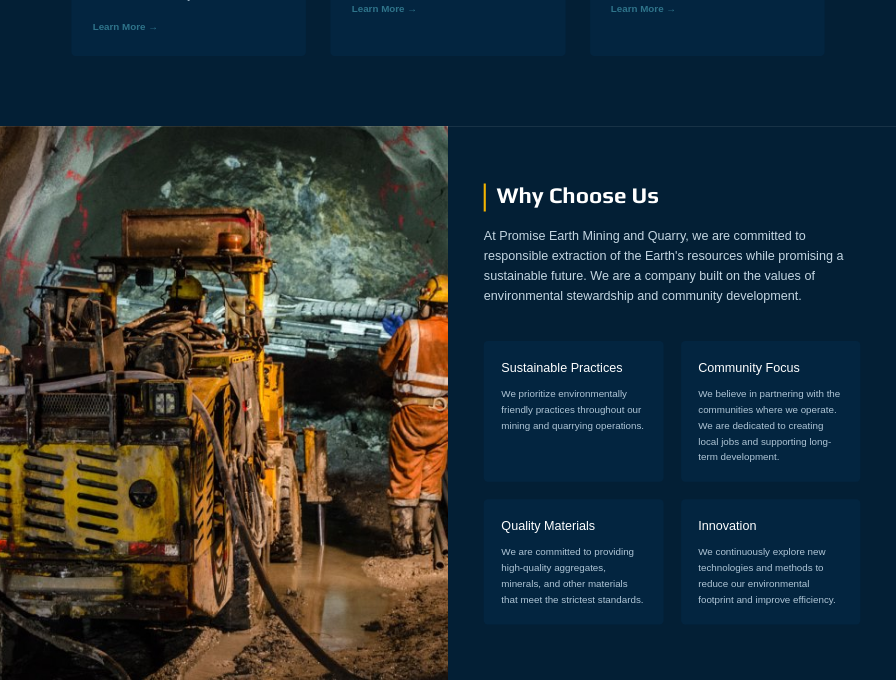
Repository: KC-Minchakpu/promise-earth
Page: /
An editor plug-in stored every save of this project. The page is shown before and after the next save, followed by the edit.
The browser window is 1280 px wide. The pictures show the part of the page from y = 2403 to 4323 px (the page is 3375 px tall before and 4323 px after), at 70% of full size.
Pictures or frames that could not be fetched are drawn as grey boxes. The project was rebuilt for these pictures with package versions that can differ from the ones it lists, and the page was loaded fresh each time. The framework's server and built-in components were replaced by stand-ins that run in the browser. Also part of the build but not shown: next.config.ts.

Above is the page before, as saved 2026-02-26 16:56:22.

After the next save:
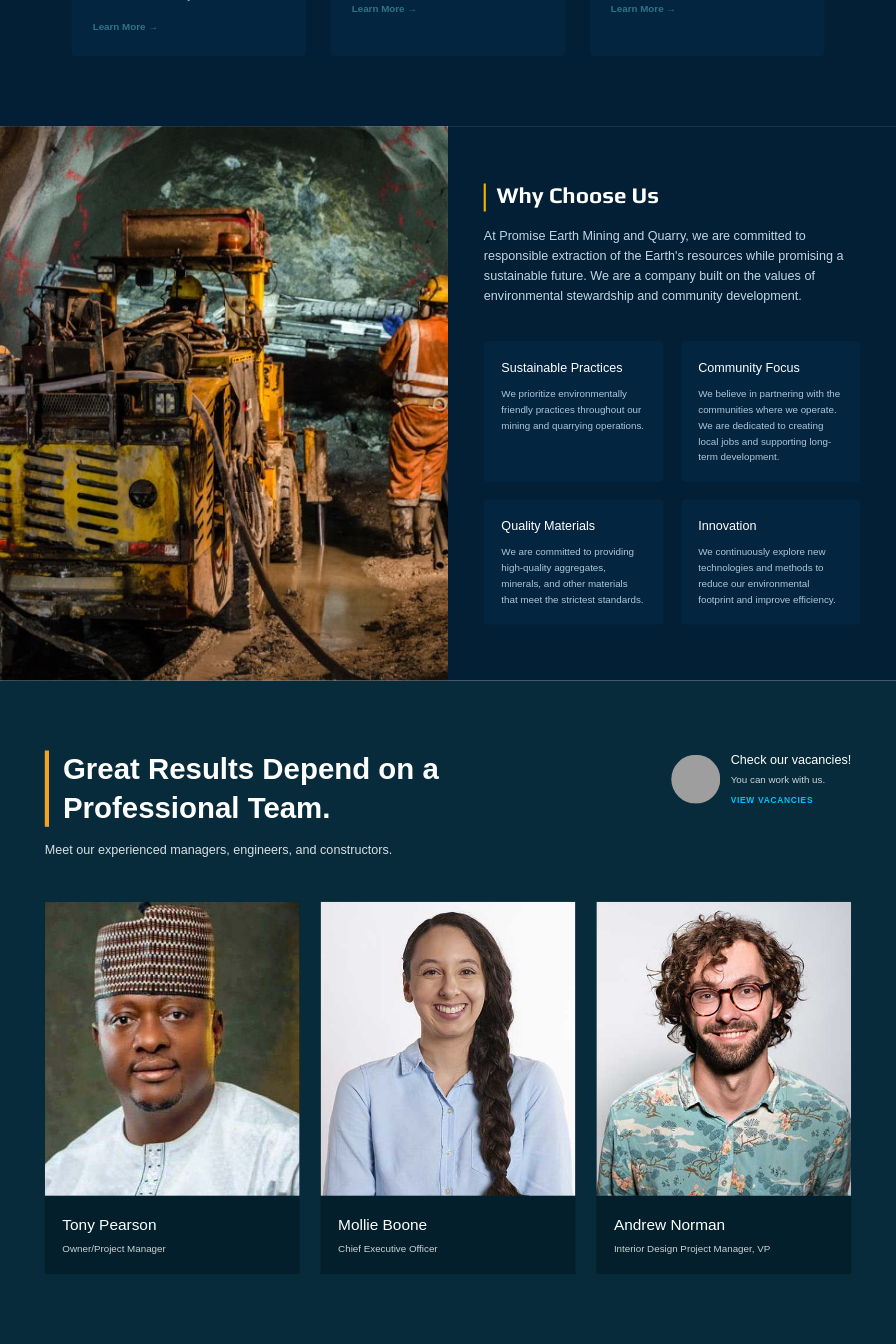
Saved 15 s later.
--- a/src/app/page.tsx
+++ b/src/app/page.tsx
@@ -1,6 +1,7 @@
 import AboutUsSection from "@/components/About/AboutUsSection";
 import Hero from "@/components/Hero/Hero";
 import ServicesSection from "@/components/Services/ServicesSection";
+import TeamSection from "@/components/TeamSection/TeamSection";
 import WhyChooseUs from "@/components/WhyChooseUs/WhyChooseUs";
 
 
@@ -11,6 +12,7 @@ export default function Home() {
     <AboutUsSection />
     <ServicesSection />
     <WhyChooseUs />
+    <TeamSection />
   </>
   );
 }
